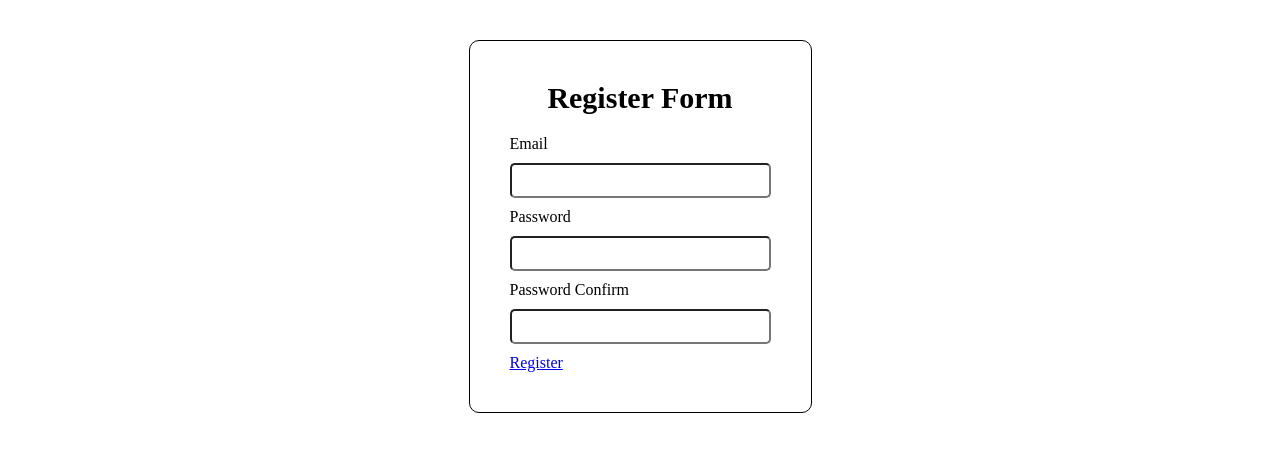
Repository: nptg3105/Register-form
Page: index.html
These files come from the project's save history. The page is drawn as it stood at one moment and after the next save; the edit follows.
The browser window is 1280 px wide. The pictures show the whole page.
Some web libraries are served in a nearby version.

Above is the page before, as saved 2022-01-05 21:52:32.

### index.html
<!DOCTYPE html>
<html lang="en">
  <head>
    <meta charset="UTF-8" />
    <meta http-equiv="X-UA-Compatible" content="IE=edge" />
    <meta name="viewport" content="width=device-width, initial-scale=1.0" />
    <title>Document</title>
    <link rel="stylesheet" href="style.css" />
  </head>
  <body>
    <div id="register-form"></div>

    <script
      src="https://unpkg.com/react@17/umd/react.production.min.js"
      crossorigin
    ></script>
    <script
      src="https://unpkg.com/react-dom@17/umd/react-dom.production.min.js"
      crossorigin
    ></script>
    <script src="https://unpkg.com/babel-standalone@6/babel.min.js"></script>
    <script type="text/babel" src="main.js"></script>
  </body>
</html>

### style.css
* {
  box-sizing: border-box;
  margin: 0;
  padding: 0;
}
.register {
  background-color: #fff;
  max-width: max-content;
  margin: 40px auto;
  padding: 40px;
  border: 1px solid #000;
  border-radius: 10px;
}
.title {
  text-align: center;
  font-weight: bold;
  font-size: 30px;
  margin-bottom: 20px;
}
#email,
#password,
#password-confirm {
  margin: 10px 0;
  width: 100%;
  padding: 8px 40px;
  border-radius: 5px;
}

### main.js
const registerForm = document.querySelector("#register-form");
const form = (
  <div className="register">
    <h2 className="title">Register Form</h2>
    <form>
      <label for="email">Email</label>
      <br />
      <input type="email" id="email" name="mail" />
      <br />
      <label for="password">Password</label>
      <br />
      <input type="password" id="password" name="pass" />
      <br />
      <label for="password-confirm">Password Confirm</label>
      <br />
      <input type="password" id="password-confirm" name="pass-confirm" />
    </form>
    <a href="#">Register</a>
  </div>
);
ReactDOM.render(form, registerForm);

After the next save:
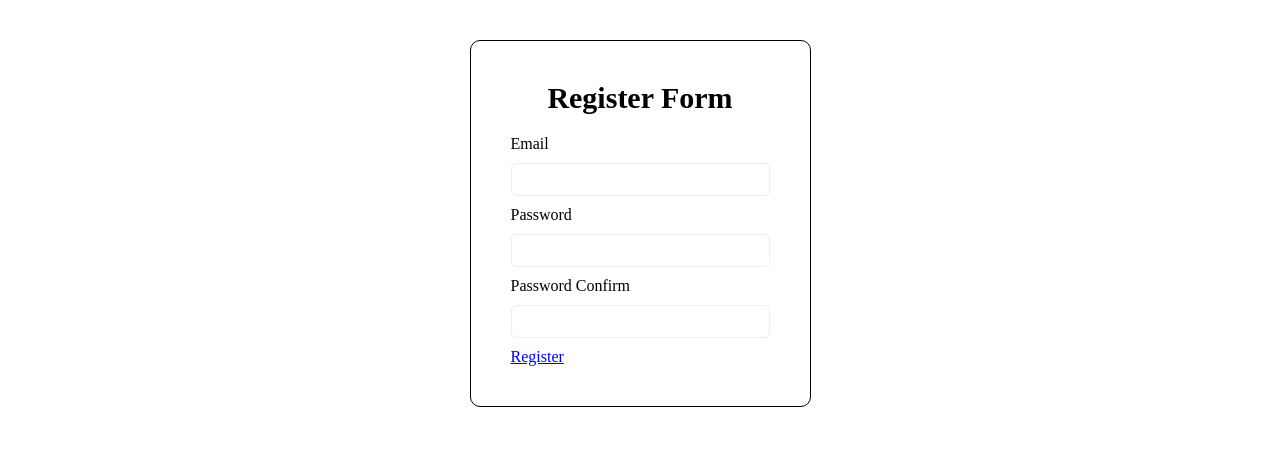
Saved 7 s later.
--- a/style.css
+++ b/style.css
@@ -24,4 +24,5 @@
   width: 100%;
   padding: 8px 40px;
   border-radius: 5px;
+  border: 1px solid #eee;
 }
